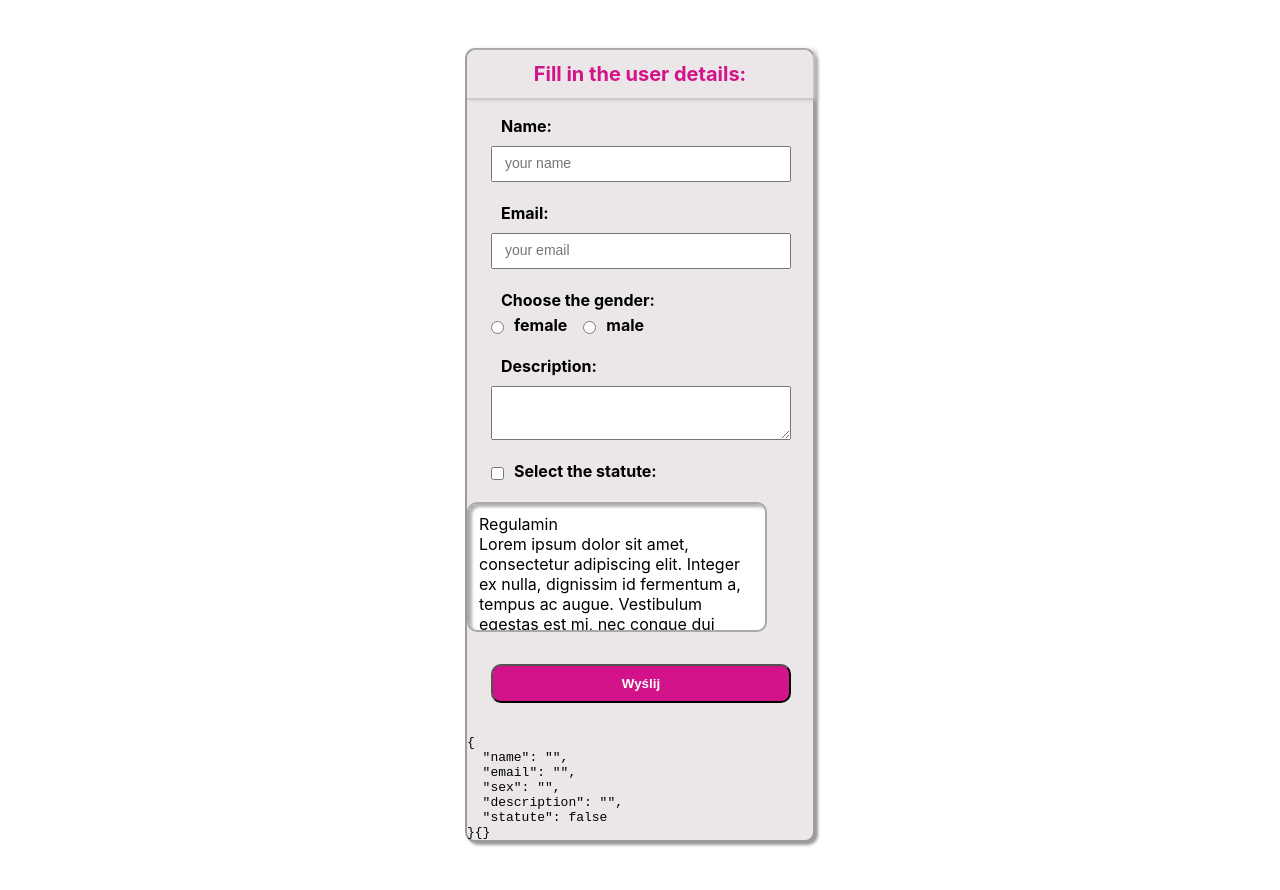
Repository: KrzysKolo/sr_tydzien4_zad3
Page: /
These files come from the project's save history. The page is drawn as it stood at one moment and after the next save; the edit follows.
The browser window is 1280 px wide. The pictures show the whole page.
The project was rebuilt for these pictures with package versions that can differ from the ones it lists, and the page was loaded fresh each time. Also part of the build but not shown: src/components/FormComponents/TextError.js.

Above is the page before, as saved 2020-11-19 17:26:14.

After the next save:
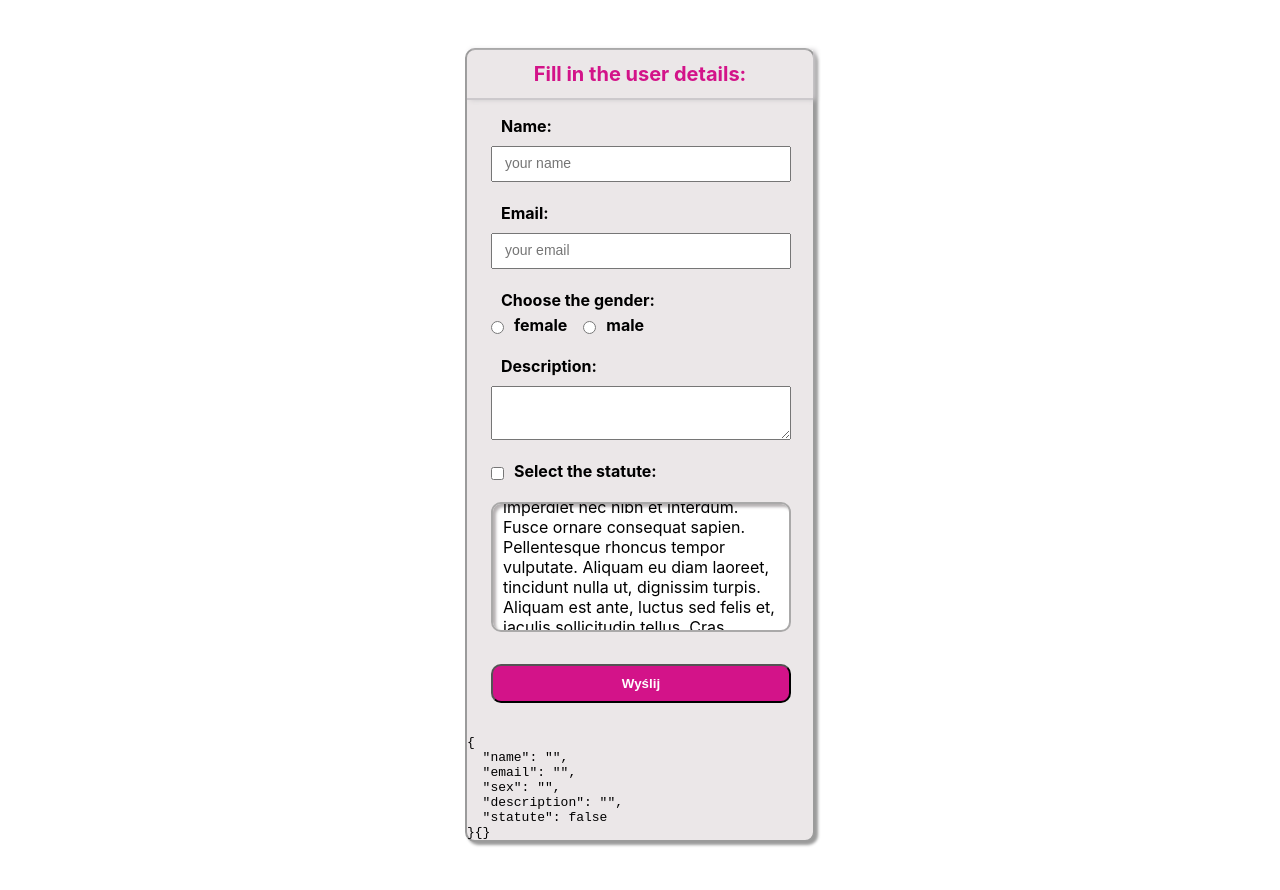
Saved 81 s later.
--- a/src/components/Formik/FormikContainer.js
+++ b/src/components/Formik/FormikContainer.js
@@ -42,7 +42,7 @@
                     <FormikControl control='radio' label='Choose the gender: ' name='sex' options={RadioOptions}/>
                     <FormikControl control='textarea' label='Description:' name='description'/>
                     <FormikControl control='checkbox' label='Select the statute:' name='statute'/>
-                        <div className="statute">
+                        <div className="statute section">
                             Regulamin<br/>
                             <p>Lorem ipsum dolor sit amet, consectetur adipiscing elit. Integer ex nulla, dignissim id fermentum a, tempus ac augue. Vestibulum egestas est mi, nec congue dui mollis vitae. Nam dictum lectus non mauris hendrerit efficitur. Donec imperdiet nec nibh et interdum. Fusce ornare consequat sapien. Pellentesque rhoncus tempor vulputate. Aliquam eu diam laoreet, tincidunt nulla ut, dignissim turpis. Aliquam est ante, luctus sed felis et, iaculis sollicitudin tellus. Cras congue tincidunt viverra. Sed vestibulum faucibus lacus, eu dictum lorem porta id. Praesent a placerat ligula. Vestibulum faucibus ornare erat, id elementum est vehicula eu. Nunc pulvinar dolor lacus. Vestibulum dapibus efficitur orci, ac rhoncus augue auctor ut.</p>
                         </div>

After the save that followed:
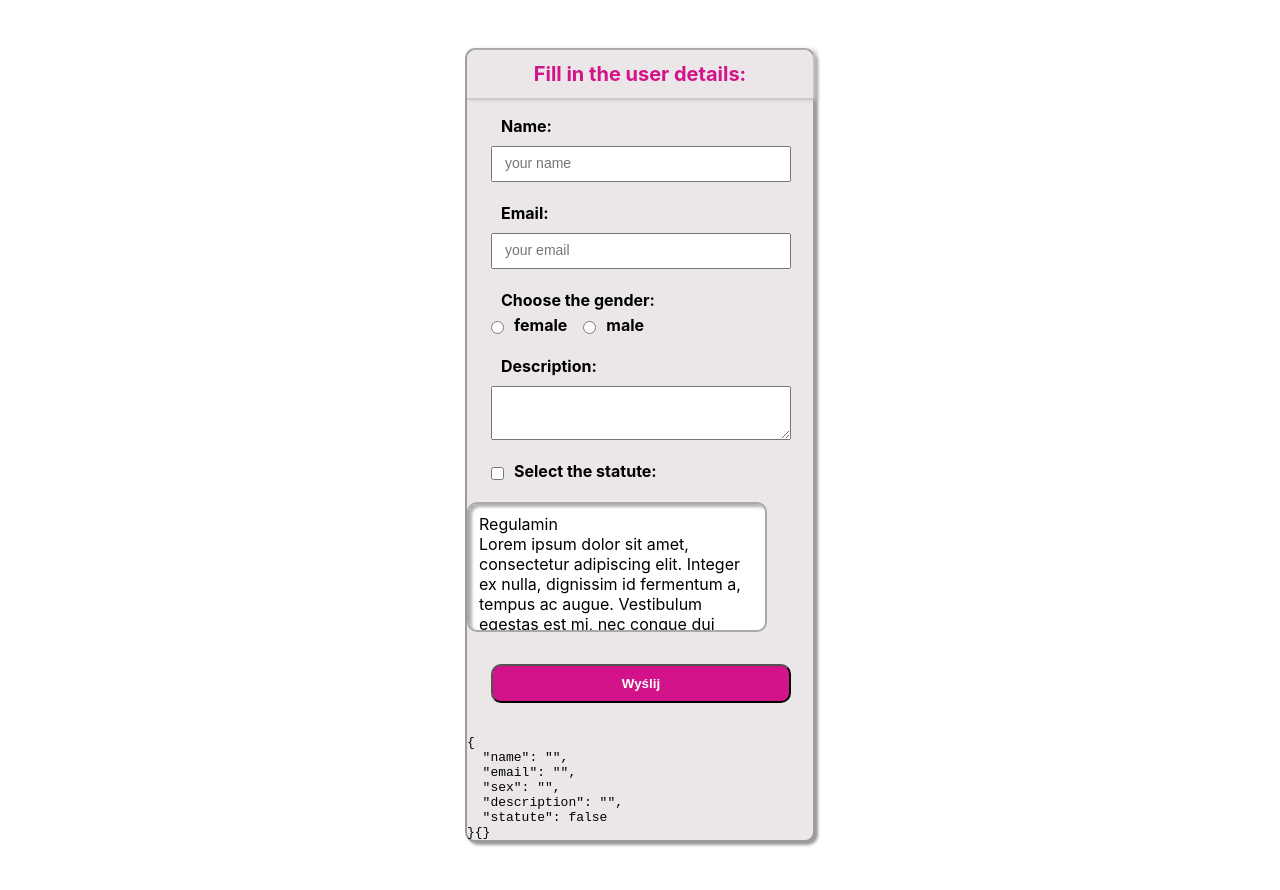
Saved 6 min 53 s later.
--- a/src/components/Formik/FormikContainer.js
+++ b/src/components/Formik/FormikContainer.js
@@ -42,7 +42,7 @@
                     <FormikControl control='radio' label='Choose the gender: ' name='sex' options={RadioOptions}/>
                     <FormikControl control='textarea' label='Description:' name='description'/>
                     <FormikControl control='checkbox' label='Select the statute:' name='statute'/>
-                        <div className="statute section">
+                        <div className="statute ">
                             Regulamin<br/>
                             <p>Lorem ipsum dolor sit amet, consectetur adipiscing elit. Integer ex nulla, dignissim id fermentum a, tempus ac augue. Vestibulum egestas est mi, nec congue dui mollis vitae. Nam dictum lectus non mauris hendrerit efficitur. Donec imperdiet nec nibh et interdum. Fusce ornare consequat sapien. Pellentesque rhoncus tempor vulputate. Aliquam eu diam laoreet, tincidunt nulla ut, dignissim turpis. Aliquam est ante, luctus sed felis et, iaculis sollicitudin tellus. Cras congue tincidunt viverra. Sed vestibulum faucibus lacus, eu dictum lorem porta id. Praesent a placerat ligula. Vestibulum faucibus ornare erat, id elementum est vehicula eu. Nunc pulvinar dolor lacus. Vestibulum dapibus efficitur orci, ac rhoncus augue auctor ut.</p>
                         </div>
